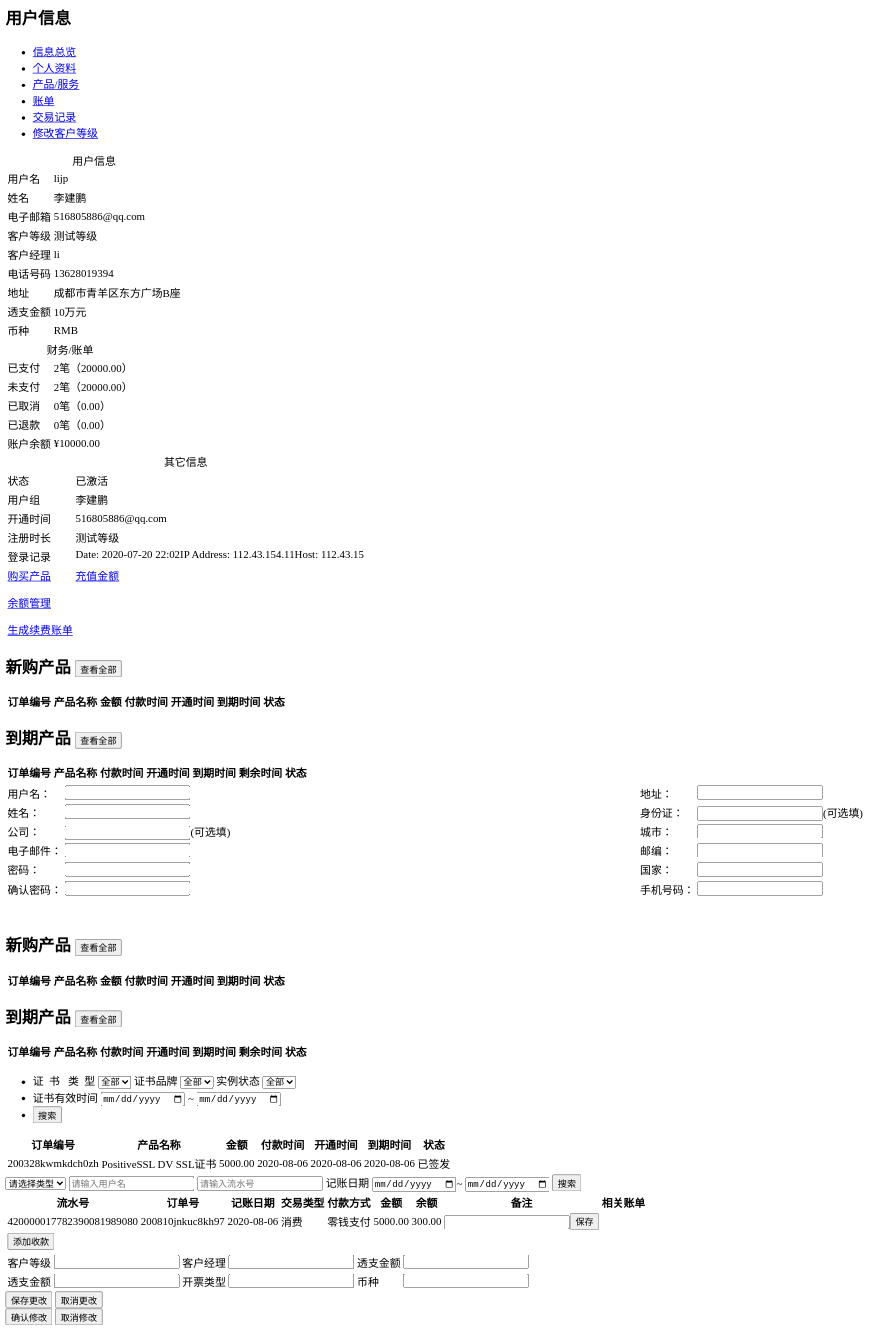
Repository: wangyan466393/racentSystem
Page: customerData.html
An editor plug-in stored every save of this project. The page is shown before and after the next save, followed by the edit.
The browser window is 1280 px wide. The pictures show the whole page, at 68% of full size.

Above is the page before, as saved 2020-08-13 18:23:07.
Console error: TypeError: Cannot set properties of null (setting 'innerHTML')

After the next save:
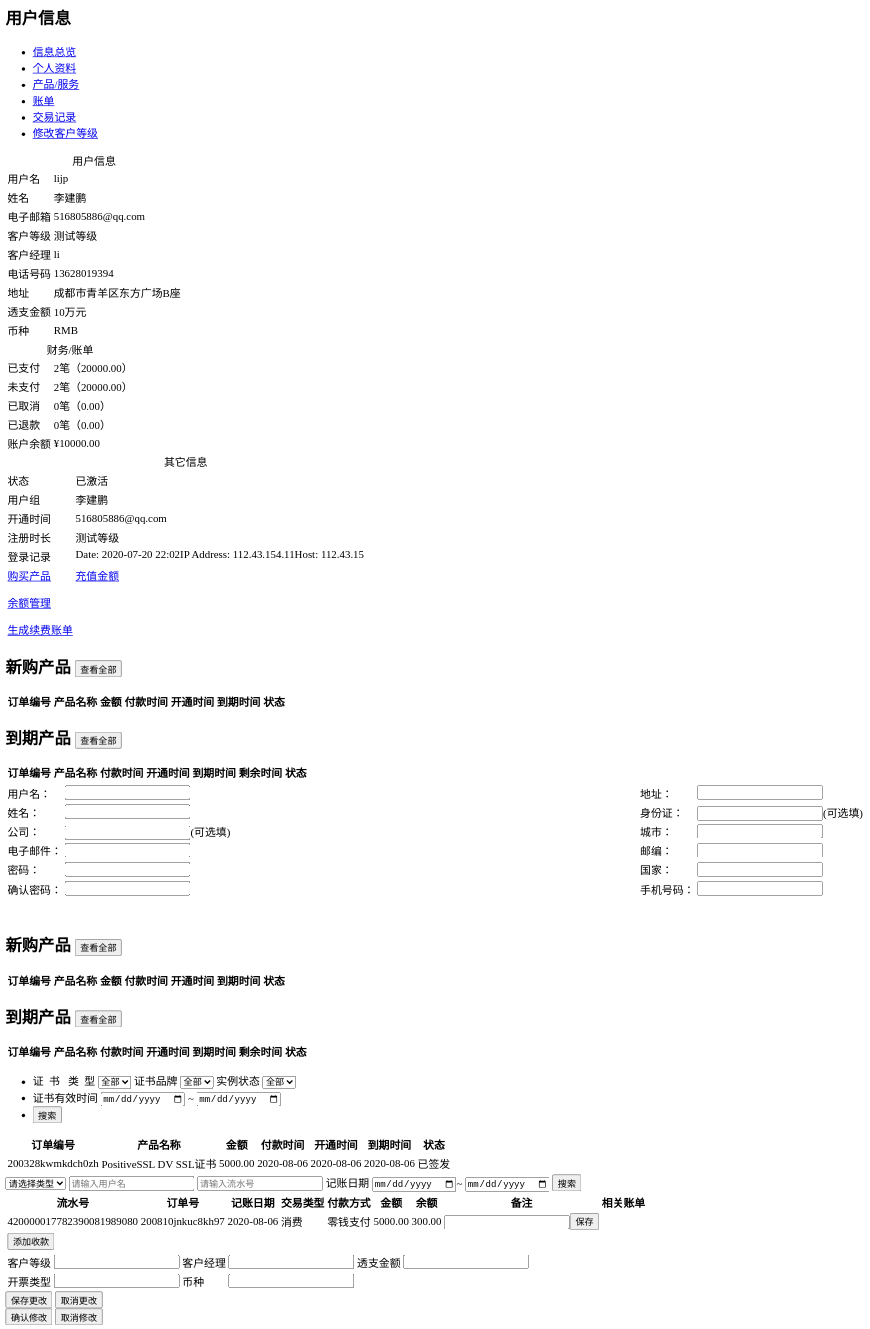
Saved 11 s later.
--- a/customerData.html
+++ b/customerData.html
@@ -454,8 +454,6 @@
                         <td><input type="text" ></td>
                     </tr>
                     <tr>
-                        <td>透支金额</td>
-                        <td><input type="text" ></td>
                         <td>开票类型</td>
                         <td><input type="text" ></td>
                         <td>币种</td>
